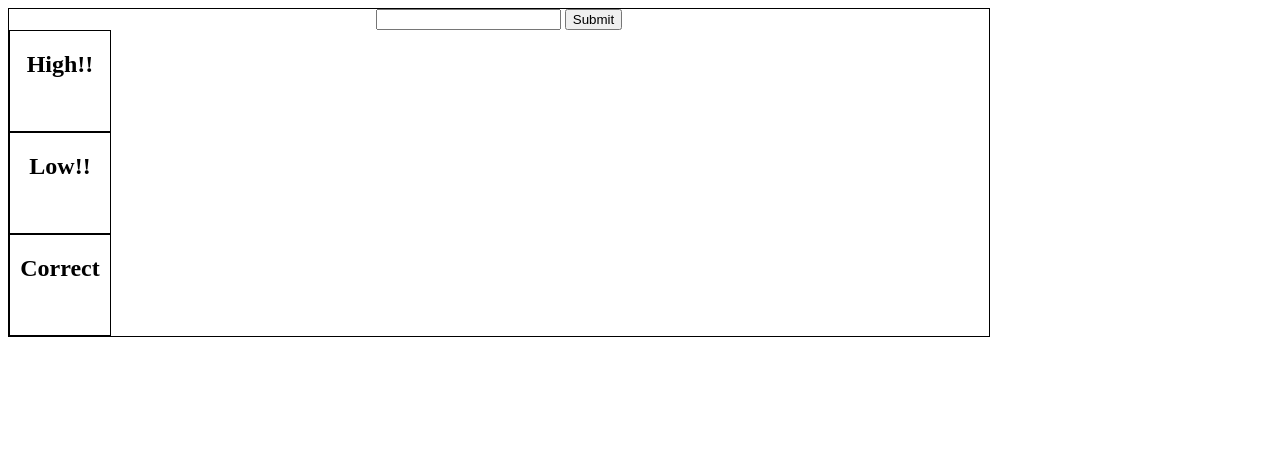
Repository: harshithamagani/Java-Basics
Page: http://localhost/number-game/
The author's editor kept a copy of each file at every save. The page is drawn from the files as they stood at one save, then again after the next save.
The browser window is 1280 px wide. The pictures show the whole page.
The page is served by Tomcat 9. Other server files are loaded and not shown.

Above is the page before, as saved 2019-11-05 18:55:14.

### number-game/WebContent/WEB-INF/index.jsp
<%@ taglib prefix="c" uri="http://java.sun.com/jsp/jstl/core" %>
<%@ page language="java" contentType="text/html; charset=UTF-8"
    pageEncoding="UTF-8"%>
<!DOCTYPE html>
<html>
<head>
	<meta charset="UTF-8">
	<title>Number Game</title>
	<style type="text/css">
		.highlow {
            width: 100px;
            height: 100px;
            border : solid black 1px;
            text-align: center;
        }
        #wrapper{
        	width:980px;
        	matgin: 0 auto;
        	border : solid black 1px;
        	text-align: center;
        }

	</style>
</head>
<body>
	<div id="wrapper">
			<form action="/" method="POST">
				<input name="number" id="number" type="text">
				<input name="submit" name="submit" type="submit" value="Submit">
			</form>
			 <div class="highlow">
			 	<h2>High!!</h2>
			 </div>
			 <div class="highlow">
			 	<h2>Low!!</h2>
			 </div>
			 <div class="highlow">
		        <h2>Correct</h2>
		    </div>
	    </div>
</body>
</html>

### number-game/src/com/codingdojo/Index.java
package com.codingdojo;

import java.io.IOException;
import java.util.Random;

import javax.servlet.RequestDispatcher;
import javax.servlet.ServletException;
import javax.servlet.annotation.WebServlet;
import javax.servlet.http.HttpServlet;
import javax.servlet.http.HttpServletRequest;
import javax.servlet.http.HttpServletResponse;
import javax.servlet.http.HttpSession;

/**
 * Servlet implementation class Index
 */
@WebServlet("/")
public class Index extends HttpServlet {
	private static final long serialVersionUID = 1L;

    /**
     * @see HttpServlet#HttpServlet()
     */
    public Index() {
        super();
        // TODO Auto-generated constructor stub
    }

	/**
	 * @see HttpServlet#doGet(HttpServletRequest request, HttpServletResponse response)
	 */
	protected void doGet(HttpServletRequest request, HttpServletResponse response) throws ServletException, IOException {
		HttpSession session = request.getSession();
		if(session.getAttribute("guessNum") == null) {
			int random = generateRandomNum();
			session.setAttribute("guessNum", random);
			request.setAttribute("guessNum", random);
		}
		RequestDispatcher req = request.getRequestDispatcher("/WEB-INF/index.jsp");
		req.forward(request, response);
	}

	/**
	 * @see HttpServlet#doPost(HttpServletRequest request, HttpServletResponse response)
	 */
	protected void doPost(HttpServletRequest request, HttpServletResponse response) throws ServletException, IOException {

	}

    int generateRandomNum(){
        Random r = new Random();
        int num = r.nextInt(99) + 1; // with bounds 1 to 100
        return num;
    }

}

After the next save:
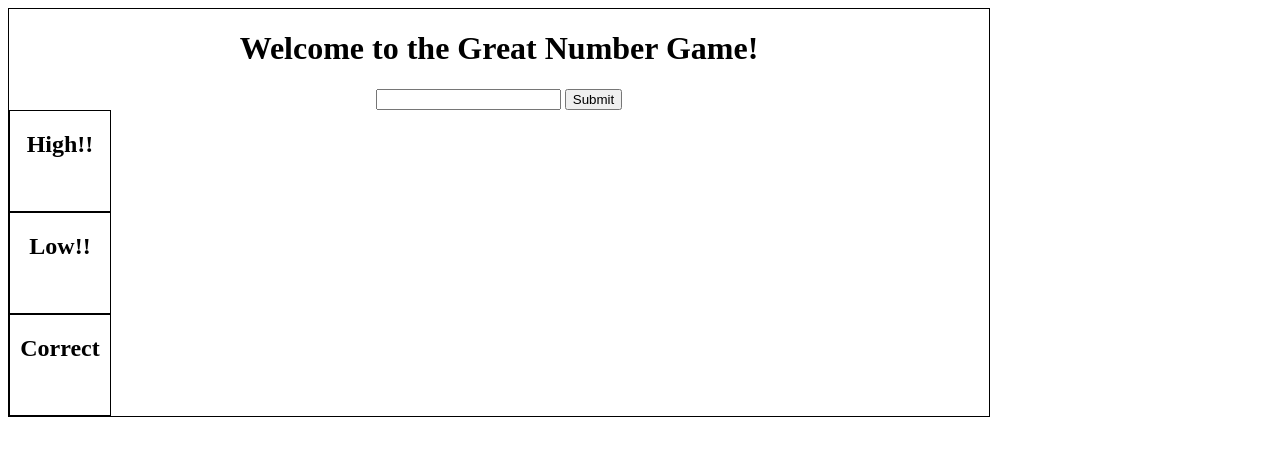
Saved 43 s later.
--- a/number-game/WebContent/WEB-INF/index.jsp
+++ b/number-game/WebContent/WEB-INF/index.jsp
@@ -24,6 +24,7 @@
 </head>
 <body>
 	<div id="wrapper">
+	<h1>Welcome to the Great Number Game!</h1>
 			<form action="/" method="POST">
 				<input name="number" id="number" type="text">
 				<input name="submit" name="submit" type="submit" value="Submit">
